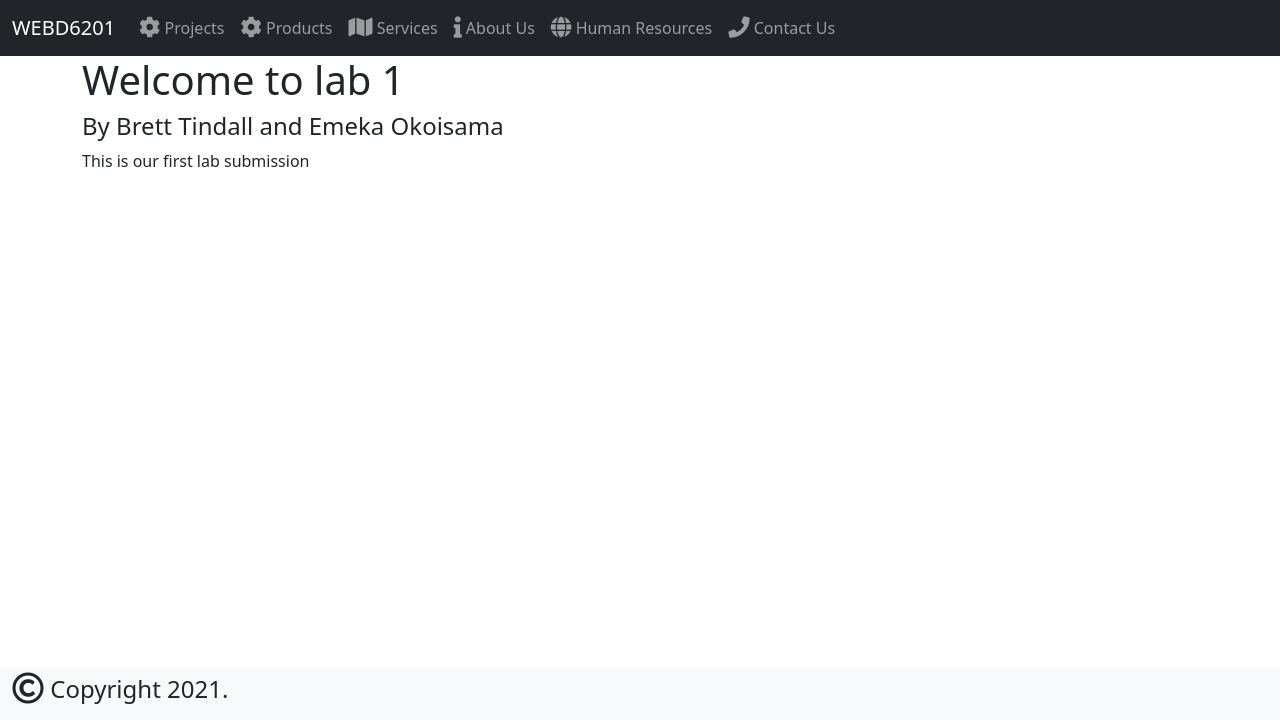
Repository: Sub4Sub/Lab_1
Page: index.html
These files come from the project's save history. The page is drawn as it stood at one moment and after the next save; the edit follows.
The browser window is 1280 px wide. The pictures show the whole page.

Above is the page before, as saved 2021-02-05 15:16:46.

After the next save:
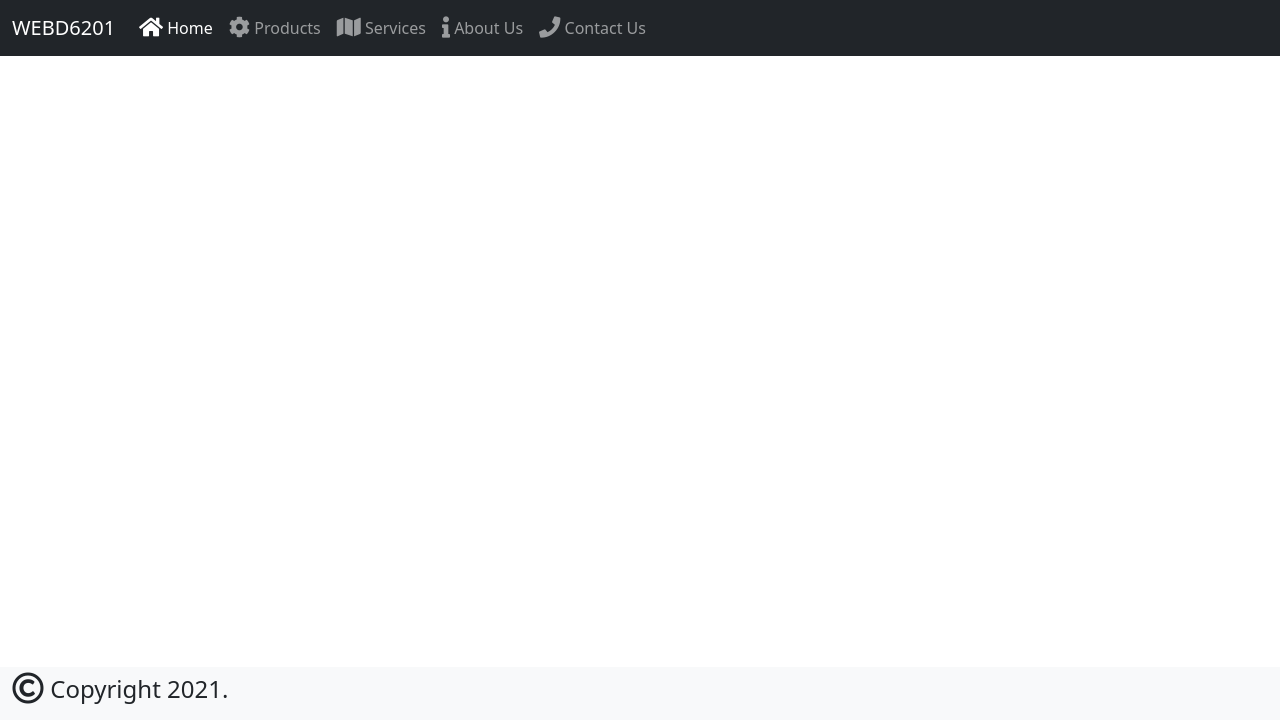
Console error: TypeError: Failed to execute 'replaceChild' on 'Node': parameter 2 is not of type 'Node'.
Saved 6 s later.
--- a/Scripts/app.js
+++ b/Scripts/app.js
@@ -139,7 +139,7 @@
     {
         console.log("App Started...");
 
-        let productsButton = document.getElementById("headerList").childNodes[1];
+        let productsButton = document.getElementById("headerList").childNodes[2];
 
        //productsButton.textContent = "Projects";
 

After the save that followed:
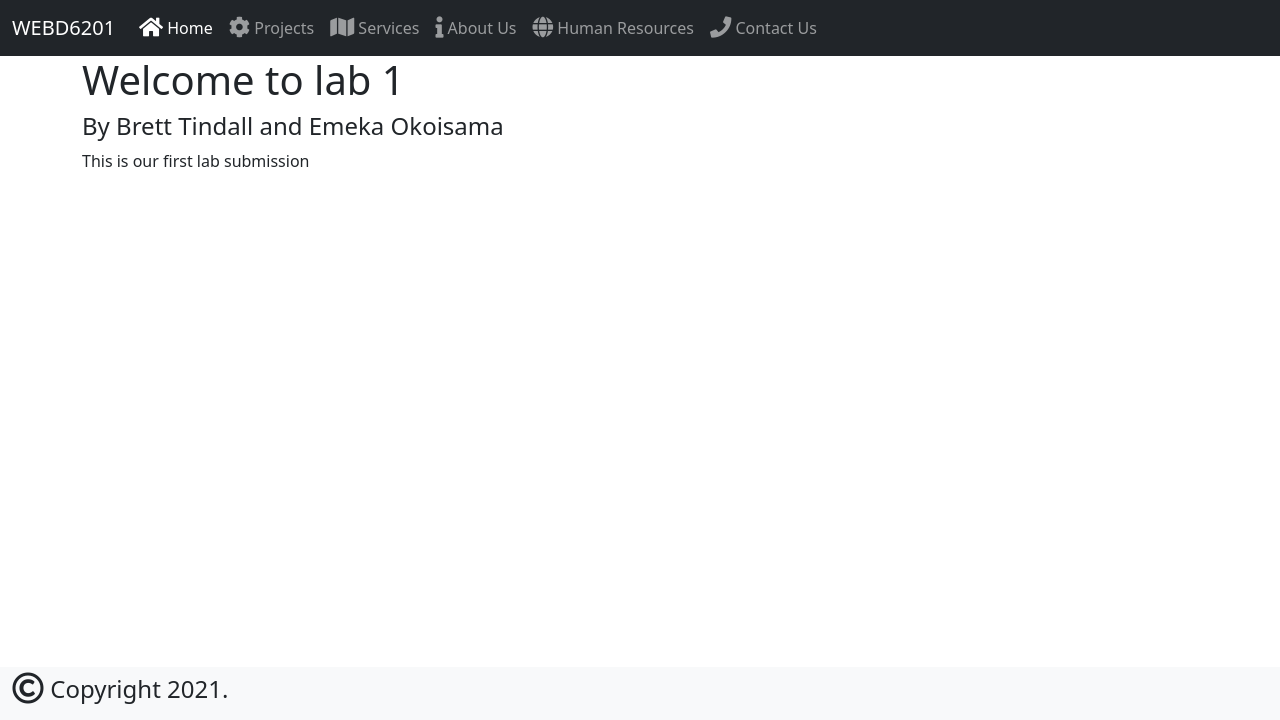
The error is gone.
Saved 7 s later.
--- a/Scripts/app.js
+++ b/Scripts/app.js
@@ -139,7 +139,7 @@
     {
         console.log("App Started...");
 
-        let productsButton = document.getElementById("headerList").childNodes[2];
+        let productsButton = document.getElementById("headerList").childNodes[3];
 
        //productsButton.textContent = "Projects";
 
